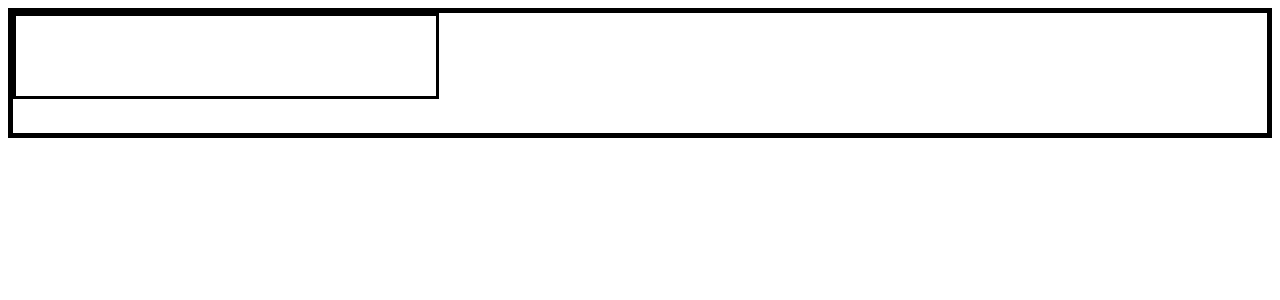
Repository: cartervandekamp/htmlstructure.mdia2003
Page: htmlstructure-psd/index.html
These files come from the project's save history. The page is drawn as it stood at one moment and after a run of saves; the edit follows.
The browser window is 1280 px wide. The pictures show the whole page.

Above is the page before, as saved 2023-01-16 17:56:29.

After the next 2 saves:
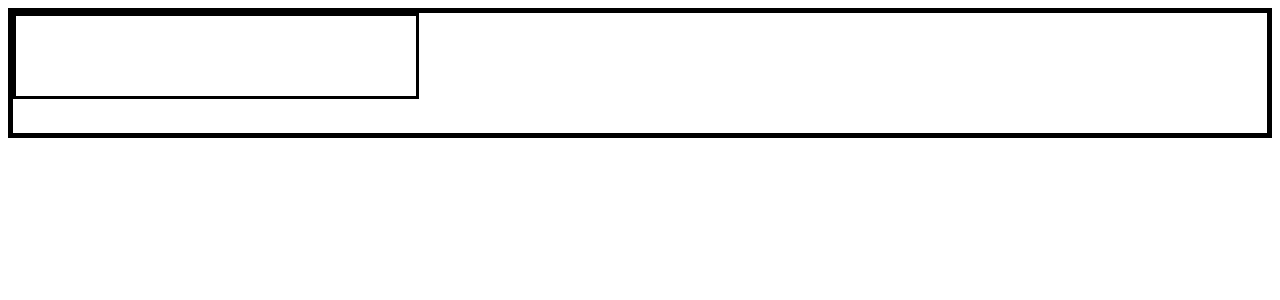
The 2 saves are shown as one change because they came seconds apart.
The last was saved 9 s later.
--- a/htmlstructure-psd/style.css
+++ b/htmlstructure-psd/style.css
@@ -13,7 +13,7 @@ body {
 .topleft {
     height: 60px;
     width: 400px;
-    padding: 10px;
+    padding-top: 20px;
     border-style: solid;
     border-color: black;
 }
